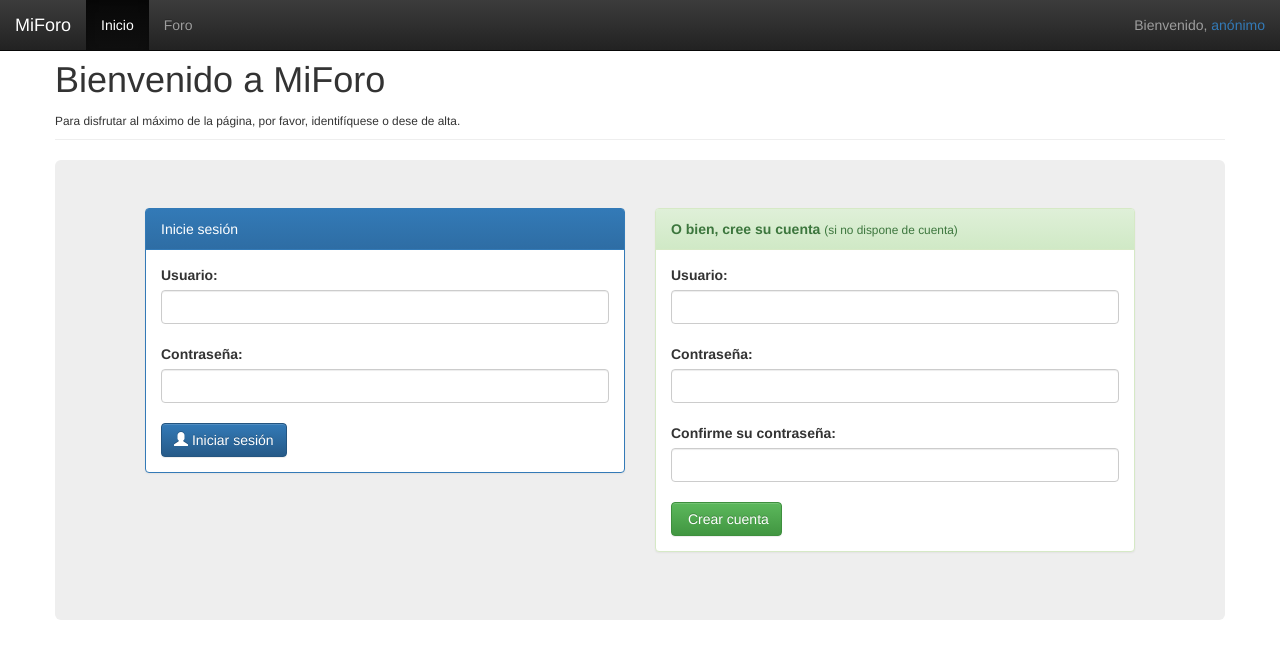
Repository: Myugen/EjercicioPHP
Page: http://localhost/
The author's editor kept a copy of each file at every save. The page is drawn from the files as they stood at one save, then again after the next save.
The browser window is 1280 px wide. The pictures show the whole page.
Some web libraries are served in a nearby version. The page is run by PHP 8.4 with error messages shown; the project is at /var/www/html/.

Above is the page before, as saved 2015-11-27 20:05:30.
Not found: ProyectoFinalForo/jsfile

### ProyectoFinalForo/index.php
<?php
session_start();
?>
<!DOCTYPE html>
<html lang="es-ES">
<head>
    <meta charset="UTF-8">
    <!-- JQuery -->
    <script src="https://ajax.googleapis.com/ajax/libs/jquery/1.11.3/jquery.min.js"></script>

    <!-- Latest compiled and minified CSS -->
    <link rel="stylesheet" href="https://maxcdn.bootstrapcdn.com/bootstrap/3.3.6/css/bootstrap.min.css">

    <!-- Optional theme -->
    <link rel="stylesheet" href="https://maxcdn.bootstrapcdn.com/bootstrap/3.3.6/css/bootstrap-theme.min.css">

    <!-- Latest compiled and minified JavaScript -->
    <script src="https://maxcdn.bootstrapcdn.com/bootstrap/3.3.6/js/bootstrap.min.js"></script>
    <script type="text/javascript" src="jsfile"></script>
    <title>Inicio</title>
</head>
<body>
    <div class="container">
    	<div class="row">
    	<nav class="navbar navbar-fixed-top navbar-inverse">
    		<a class="navbar-brand" href="#">MiForo</a>
  			<ul class="nav navbar-nav navbar-left">
	    		<li class="nav-item active">
	      			<a class="nav-link" href="#">Inicio<span class="sr-only">(current)</span></a>
	    		</li>
	    		<li class="nav-item">
	      			<a class="nav-link" href="#">Foro</a>
	    		</li>
    		</ul>
    		<ul class="nav navbar-nav navbar-right">
    			<li class="nav-item" style="padding-right: 15px">
    				<p class="navbar-text">Bienvenido, <a class="nav-link">anónimo</a></p>
    			</li>
    		</ul>
    	</nav>
    	</div>
    	<div class="row" style="padding-top: 20px">
    		<div class="page-header">
    			<h1>Bienvenido a MiForo</h1>
    			<small>Para disfrutar al máximo de la página, por favor, identifíquese o dese de alta.</small>
    		</div>
    	</div>
    	<div class="row">
	    	<div class="jumbotron">
	    	<div class="container">
	    	<div class="col-md-6">
	    		<div class="panel panel-primary">
  					<div class="panel-heading">Inicie sesión</div>
  					<div class="panel-body">
    					<form action="resultado_autenticacion.php" method="post" role="form">
							<label for="textBoxUsuario">Usuario:</label>
							<input type="text" name="userIn" id="textBoxUsuario" class="form-control"/><br>
							<label for="textBoxPassword">Contraseña:</label>
							<input type="password" name="passwordIn" id="textBoxPassword" class="form-control"/><br>
							<button type="submit" class="btn btn-primary">
								<span class="glyphicon glyphicon-user" aria-hidden="true"></span>
								Iniciar sesión
							</button>
						</form>
  					</div>
				</div>
	    	</div>
	    	<div class="col-md-6">
		    	<div class="panel panel-success">
	  				<div class="panel-heading"><b>O bien, cree su cuenta</b> <small>(si no dispone de cuenta)</small></div>
	  				<div class="panel-body">
	    				<form action="resultado_crearCuenta.php" method="post" role="form">
							<label for="textBoxUsuario">Usuario:</label>
							<input type="text" name="userUp" id="textBoxUsuario" class="form-control"/><br>
							<label for="textBoxPassword">Contraseña:</label>
							<input type="password" name="passwordUp" id="textBoxPassword" class="form-control"/><br>
							<label for="textBoxPassword">Confirme su contraseña:</label>
							<input type="password" name="confirmPasswordUp" id="textBoxPassword" class="form-control"/><br>
							<button type="submit" class="btn btn-success">
								<span class="glyphicon glyphicon-group" aria-hidden="true"></span>
								Crear cuenta
							</button>
						</form>
	  				</div>
				</div>
	    	</div>
	    	</div>
	    	</div>
    	</div>
    </div>
</body>
</html>

After the next save:
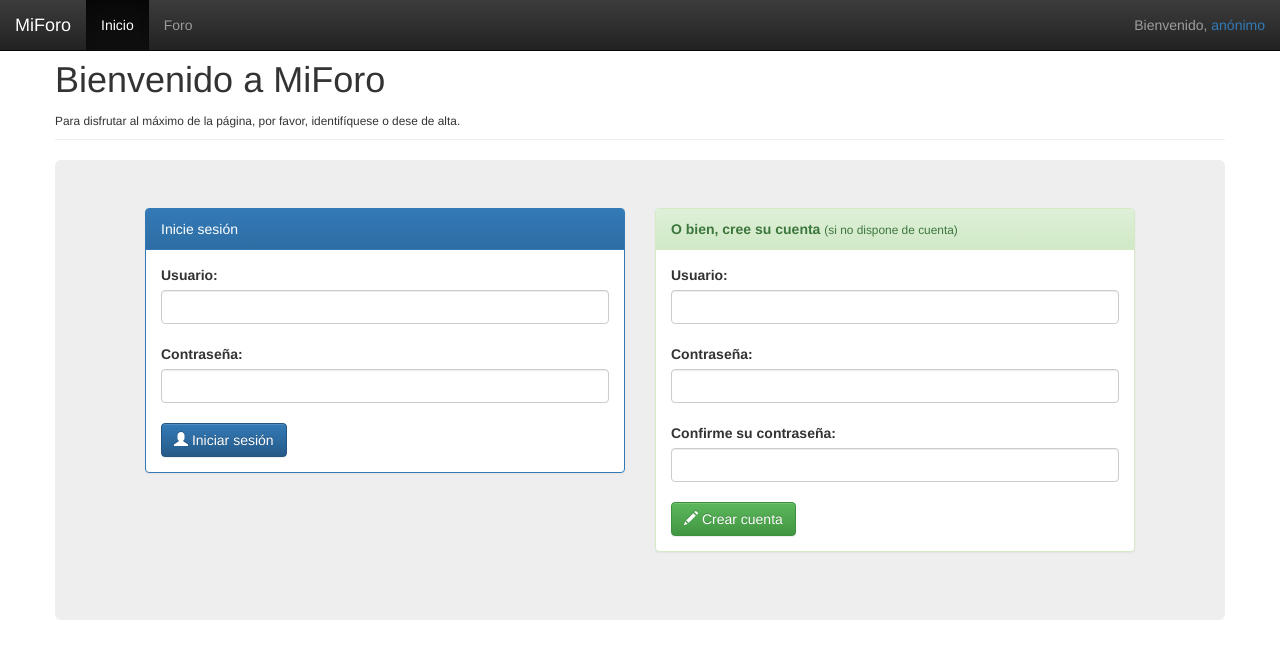
Saved 118 s later.
--- a/ProyectoFinalForo/index.php
+++ b/ProyectoFinalForo/index.php
@@ -77,7 +77,7 @@ session_start();
 							<label for="textBoxPassword">Confirme su contraseña:</label>
 							<input type="password" name="confirmPasswordUp" id="textBoxPassword" class="form-control"/><br>
 							<button type="submit" class="btn btn-success">
-								<span class="glyphicon glyphicon-group" aria-hidden="true"></span>
+								<span class="glyphicon glyphicon-pencil" aria-hidden="true"></span>
 								Crear cuenta
 							</button>
 						</form>
